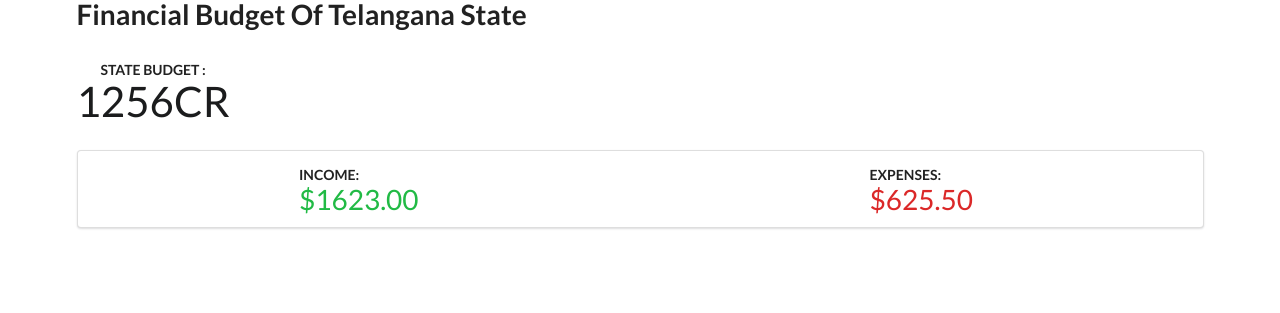
Repository: akHil07090709/advanced-react
Page: /
An editor plug-in stored every save of this project. The page is shown before and after the next save, followed by the edit.
The browser window is 1280 px wide. The pictures show the whole page.
The project was rebuilt for these pictures with package versions that can differ from the ones it lists, and the page was loaded fresh each time. Also part of the build but not shown: src/App.css.

Above is the page before, as saved 2021-05-25 07:35:21.

### src/index.js
import React from "react";
import ReactDOM from "react-dom";
import "./index.css";
import App from "./App";
import "semantic-ui-css/semantic.min.css";

ReactDOM.render(
  <React.StrictMode>
    <App />
  </React.StrictMode>,
  document.getElementById("root")
);

// If you want to start measuring performance in your app, pass a function
// to log results (for example: reportWebVitals(console.log))
// or send to an analytics endpoint. Learn more: https://bit.ly/CRA-vitals

### src/App.js
import { Container, Grid, Header, Segment, Statistic } from "semantic-ui-react";
import "./App.css";

function App() {
  return (
    <Container>
      <Header as="h1">Financial Budget Of Telangana State</Header>
      <Statistic size="small">
        {/* A statistic can display a value with a label above or below it.*/}
        <Statistic.Label>State Budget : </Statistic.Label>
        <Statistic.Value>1256cr</Statistic.Value>
      </Statistic>
      <Segment textAlign="center">
        <Grid columns={2}>
          <Grid.Row>
            <Grid.Column>
              <Statistic size="tiny" color="green">
                <Statistic.Label style={{ textAlign: "left" }}>
                  Income:
                </Statistic.Label>
                <Statistic.Value>$1623.00</Statistic.Value>
              </Statistic>
            </Grid.Column>
            <Grid.Column>
              <Statistic size="tiny" color="red">
                <Statistic.Label style={{ textAlign: "left" }}>
                  Expenses:
                </Statistic.Label>
                <Statistic.Value>$625.50</Statistic.Value>
              </Statistic>
            </Grid.Column>
          </Grid.Row>
        </Grid>
      </Segment>
    </Container>
  );
}

export default App;

Loaded but not shown: public/index.html (common file); src/index.css (common file)

After the next save:
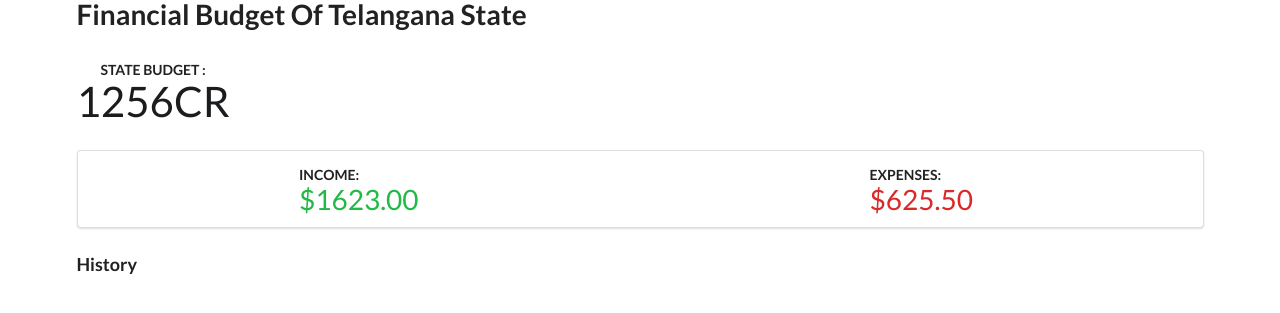
Saved 4 min 24 s later.
--- a/src/App.js
+++ b/src/App.js
@@ -32,6 +32,7 @@
           </Grid.Row>
         </Grid>
       </Segment>
+      <Header as="h3">History</Header>
     </Container>
   );
 }
